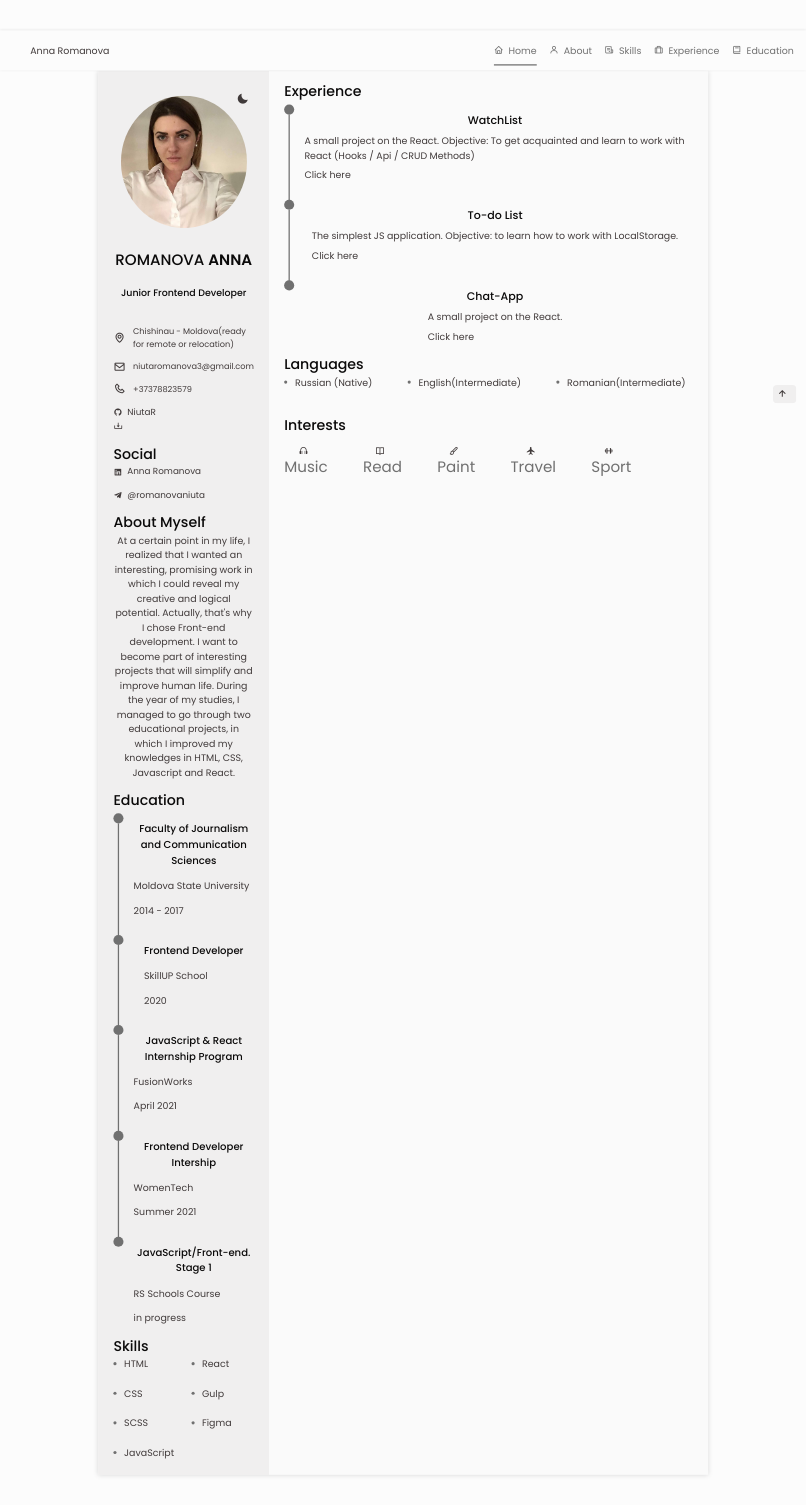
Repository: NiutaR/rsschool-cv
Page: index.html
The author's editor kept a copy of each file at every save. The page is drawn from the files as they stood at one save, then again after a run of saves.
The browser window is 1280 px wide. The pictures show the whole page, at 63% of full size.

Above is the page before, as saved 2021-09-19 19:20:11.

After the next 7 saves:
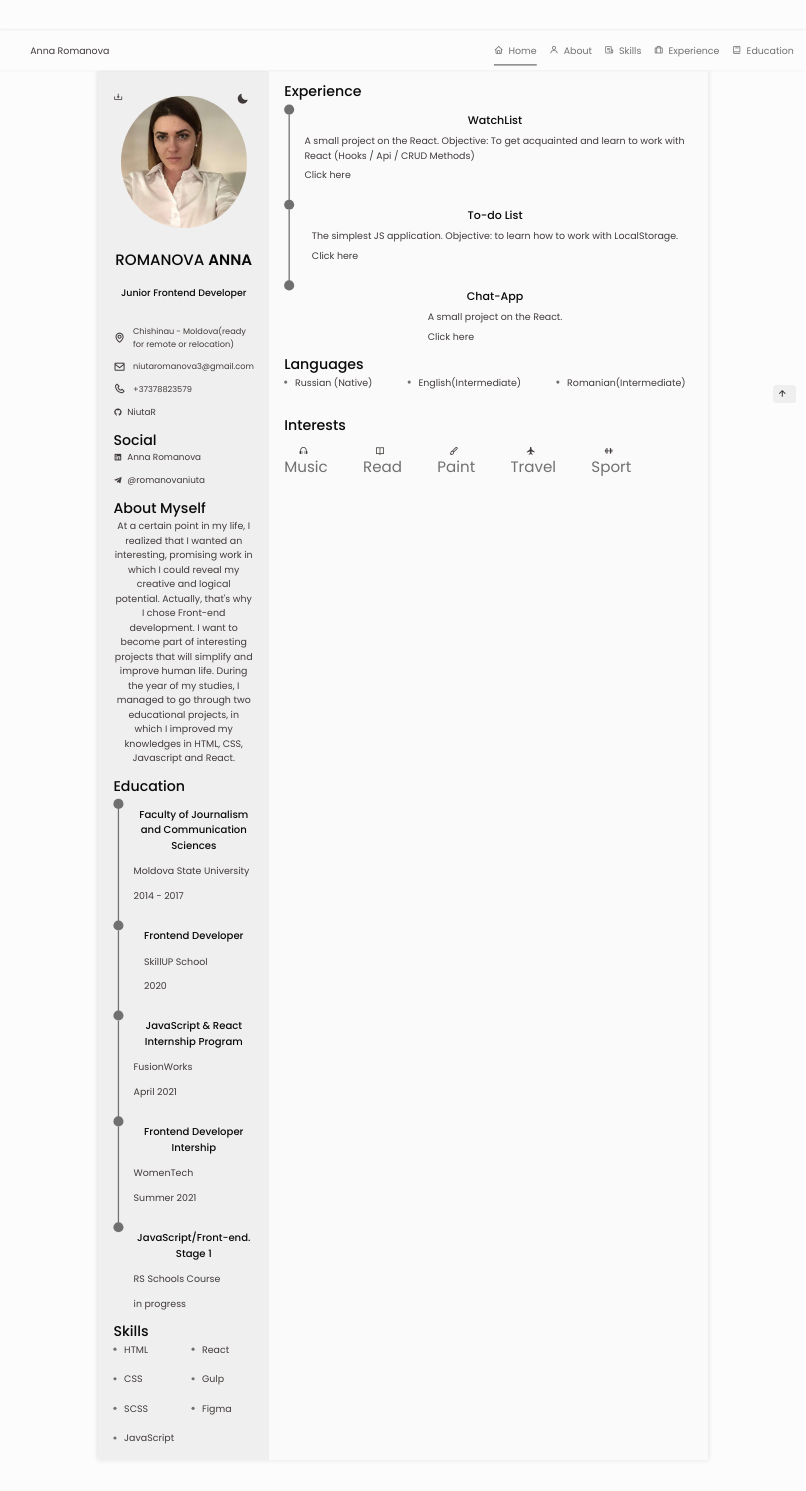
The 7 saves are shown as one change because they came seconds apart.
The last was saved 41 s later.
--- a/src/style.css
+++ b/src/style.css
@@ -397,7 +397,9 @@ body.dark-theme {
 /*generate pdf*/
 
 .generate-pdf {
-
+    position: absolute;
+    top: 2.2rem;
+    left: 0;
 }
 /*========== MEDIA ==========*/
 
